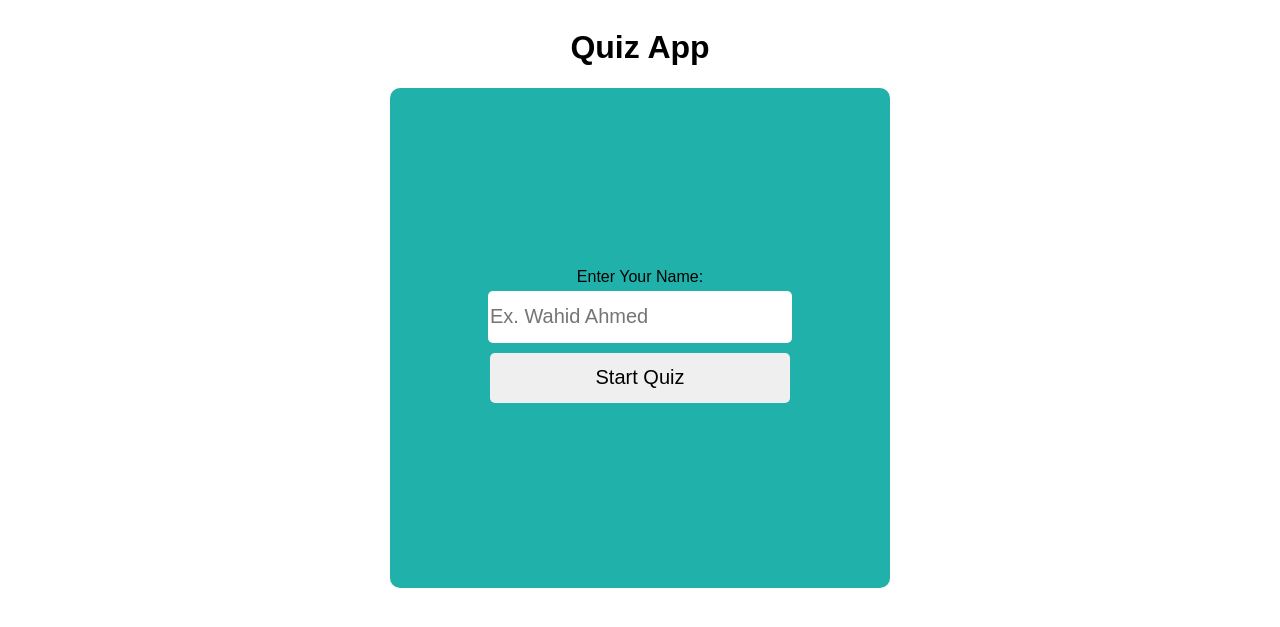
Repository: Wahid137/quiz-app
Page: /
An editor plug-in stored every save of this project. The page is shown before and after the next save, followed by the edit.
The browser window is 1280 px wide. The pictures show the whole page.
The project was rebuilt for these pictures with package versions that can differ from the ones it lists, and the page was loaded fresh each time. Also part of the build but not shown: vite.config.js, src/helpers/Questions.jsx, src/components/Quiz.jsx, src/components/EndScreen.jsx, src/index.css.

Above is the page before, as saved 2023-09-17 02:32:51.

### src/App.jsx
import { useState } from "react";
import "./App.css";
import { GameStateContext } from "./helpers/Context";
import Menu from "./components/Menu";
import Quiz from "./components/Quiz";
import EndScreen from "./components/EndScreen";

function App() {
  const [gameState, setGameState] = useState("menu");
  const [userName, setUserName] = useState("");
  const [score, setScore] = useState(0);

  return (
    <div className="App">
      <h1>Quiz App</h1>
      <GameStateContext.Provider
        value={{
          gameState,
          setGameState,
          userName,
          setUserName,
          score,
          setScore,
        }}
      >
        {gameState === "menu" && <Menu />}
        {gameState === "playing" && <Quiz />}
        {gameState === "finished" && <EndScreen />}
      </GameStateContext.Provider>
    </div>
  );
}

export default App;

### src/App.css
.App{
  text-align: center;
  font-family: arial;
  display: flex;
  justify-content: center;
  align-items: center;
  flex-direction: column;
}

.Menu{
  width: 500px;
  height: 500px;
  border-radius: 10px;
  background-color: lightseagreen;
  display: flex;
  flex-direction: column;
  justify-content: center;
  align-items: center;
}

.Menu input, button{
  width: 300px;
  height: 50px;
  margin: 5px;
  border: none;
  border-radius: 5px;
  font-size: 20px;

}

button:hover{
  background-color:black;
  color: white;
  cursor: pointer;
}

.Quiz{
  width: 500px;
  height: 500px;
  border-radius: 10px;
  background-color: lightseagreen;
  display: flex;
  flex-direction: column;
  justify-content: center;
  align-items: center;
}

### src/components/Menu.jsx
import "../App.css";
import { useContext } from "react";
import { GameStateContext } from "../helpers/Context";

const Menu = () => {
  const { setGameState, setUsername } = useContext(GameStateContext);

  return (
    <div className="Menu">
      <label>Enter Your Name:</label>
      <input
        type="text"
        placeholder="Ex. Wahid Ahmed"
        onChange={(event) => setUsername(event.target.value)}
      />
      <button onClick={() => setGameState("playing")}>Start Quiz</button>
    </div>
  );
};

export default Menu;

Loaded but not shown: index.html (common file); src/main.jsx (common file); src/helpers/Context.jsx (common file)

After the next save:
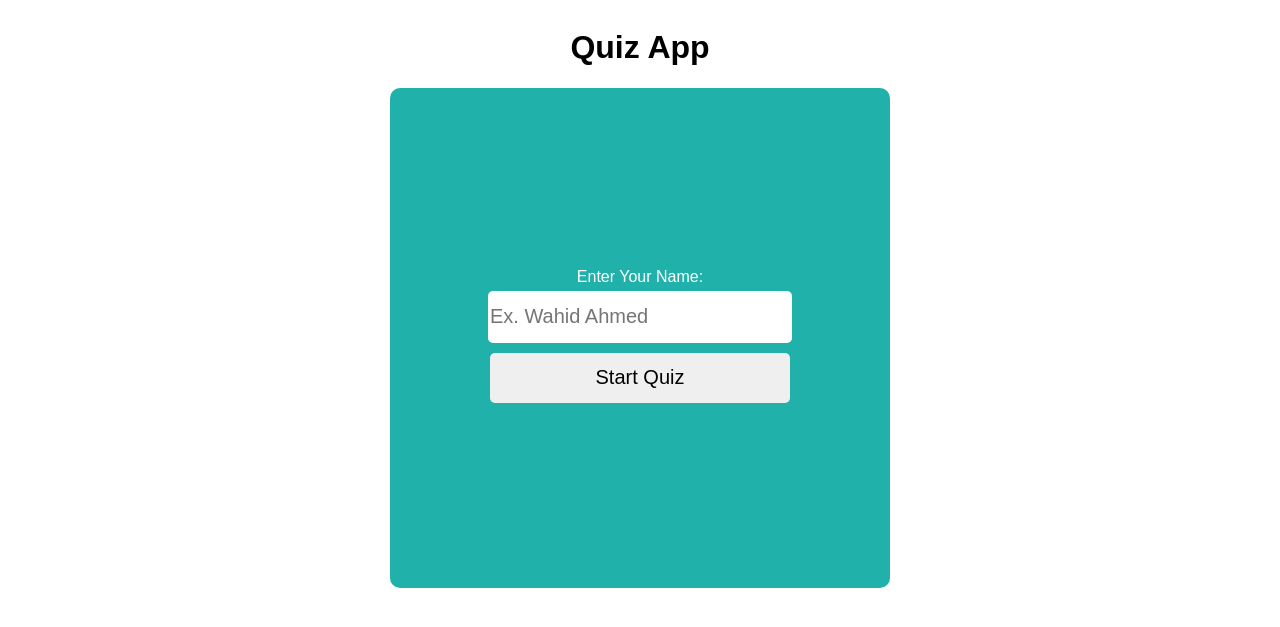
Saved 2 min 17 s later.
--- a/src/App.css
+++ b/src/App.css
@@ -44,3 +44,18 @@ button:hover{
   justify-content: center;
   align-items: center;
 }
+
+.Menu, .Quiz, .EndScreen h1{
+  color: white;
+}
+
+.EndScreen{
+  width: 500px;
+  height: 500px;
+  border-radius: 10px;
+  background-color: lightseagreen;
+  display: flex;
+  flex-direction: column;
+  justify-content: center;
+  align-items: center;
+}
